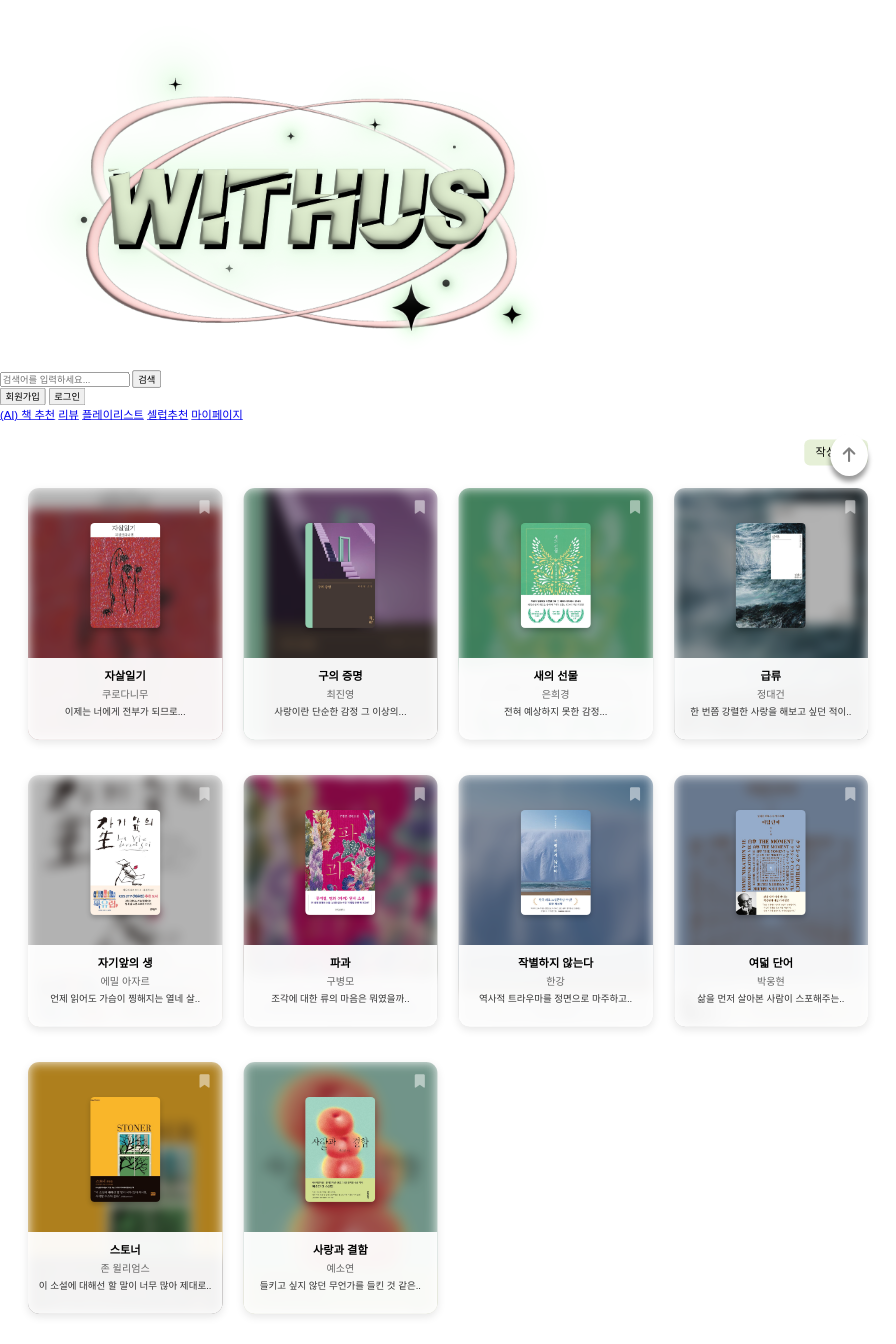
Repository: book-recommendation-team/book_recommendation_web_project
Page: http://localhost/2025_teamproject/reviewList
These files come from the project's save history. The page is drawn as it stood at one moment and after the next save; the edit follows.
The browser window is 1280 px wide. The pictures show the part of the page from y = 0 to 1920 px (the page is 3907 px tall before and 3491 px after), at 70% of full size.
The page is served by Tomcat 9.

Above is the page before, as saved 2025-07-02 03:56:18.

After the next save:
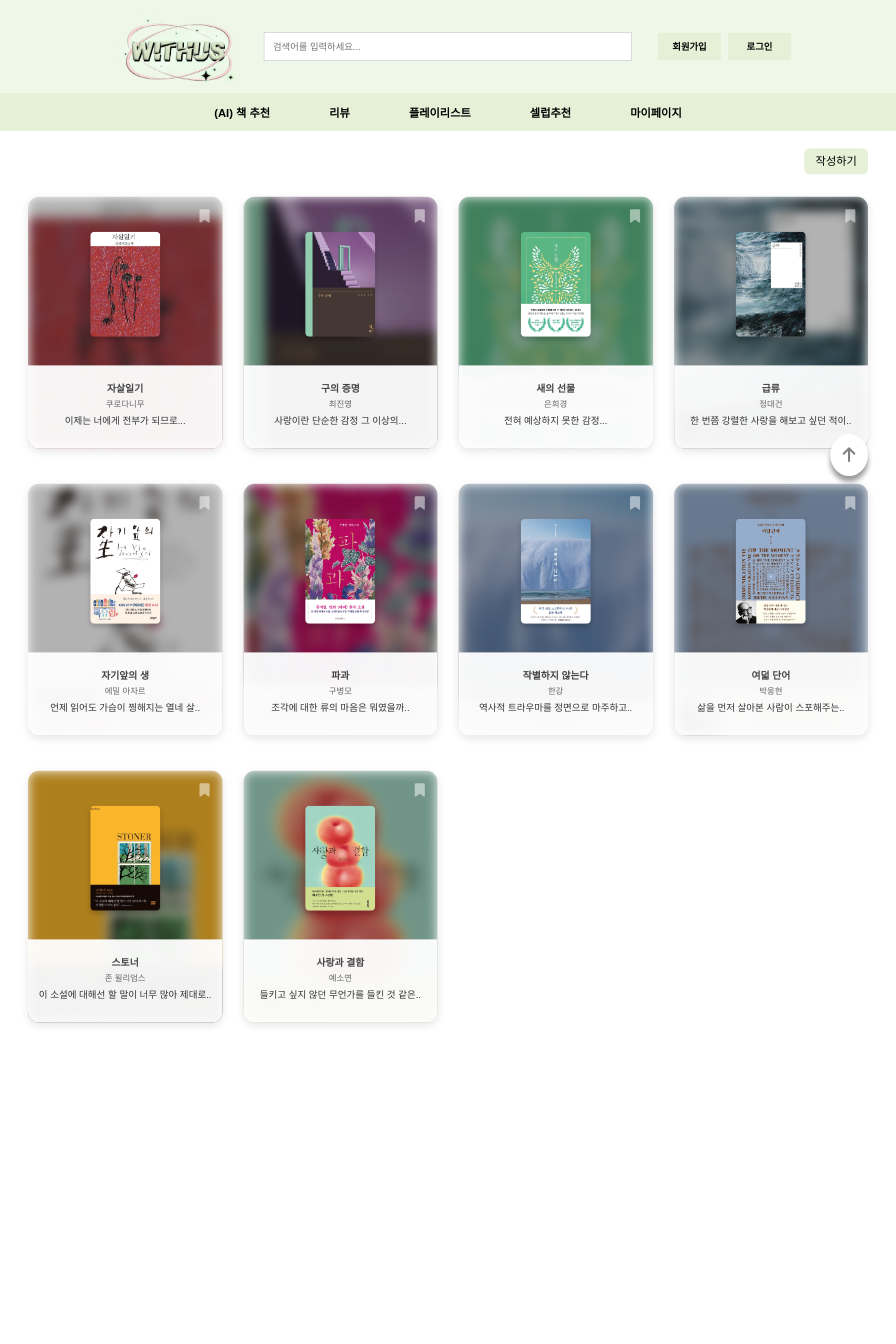
Saved 9 s later.
--- a/2025_teamproject/src/main/webapp/reviewList.jsp
+++ b/2025_teamproject/src/main/webapp/reviewList.jsp
@@ -7,7 +7,8 @@
 <link rel="stylesheet"
 	href="https://cdnjs.cloudflare.com/ajax/libs/font-awesome/6.5.0/css/all.min.css">
 <link rel="stylesheet" href="./css/reviewList.css" />
-
+<%@ include file="css/main_css.jsp"%>
+<link rel="icon" href="img/icon2.png" type="image/x-icon">
 </head>
 <body>
 	<header>
